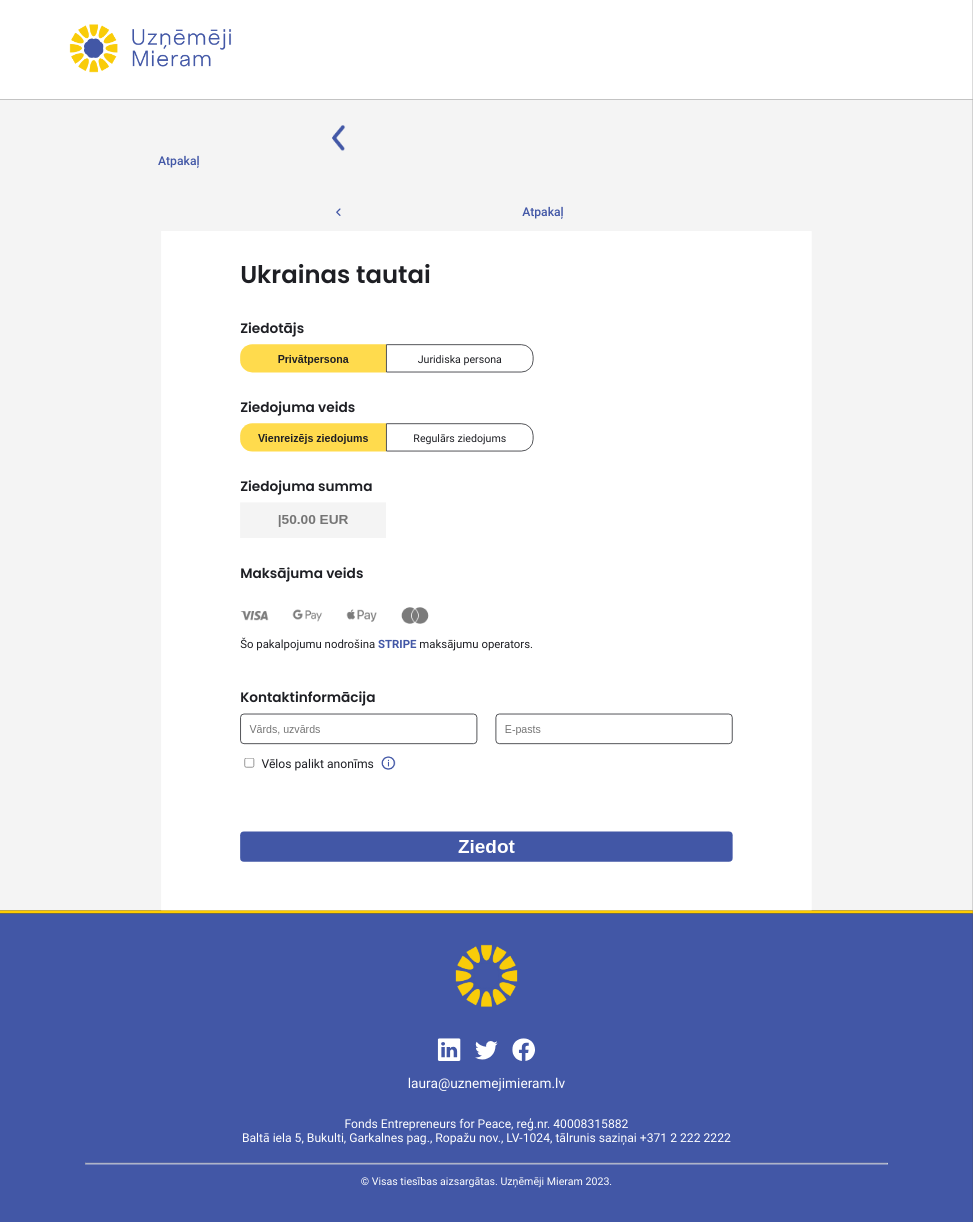
Repository: KatrinaPa/projekts_jul
Page: donate_Ukr-private-onetime.html
These files come from the project's save history. The page is drawn as it stood at one moment and after the next save; the edit follows.
The browser window is 1280 px wide. The pictures show the whole page, at 76% of full size.

Above is the page before, as saved 2023-07-21 11:24:49.
Console error: TypeError: Cannot read properties of null (reading 'addEventListener')

After the next save:
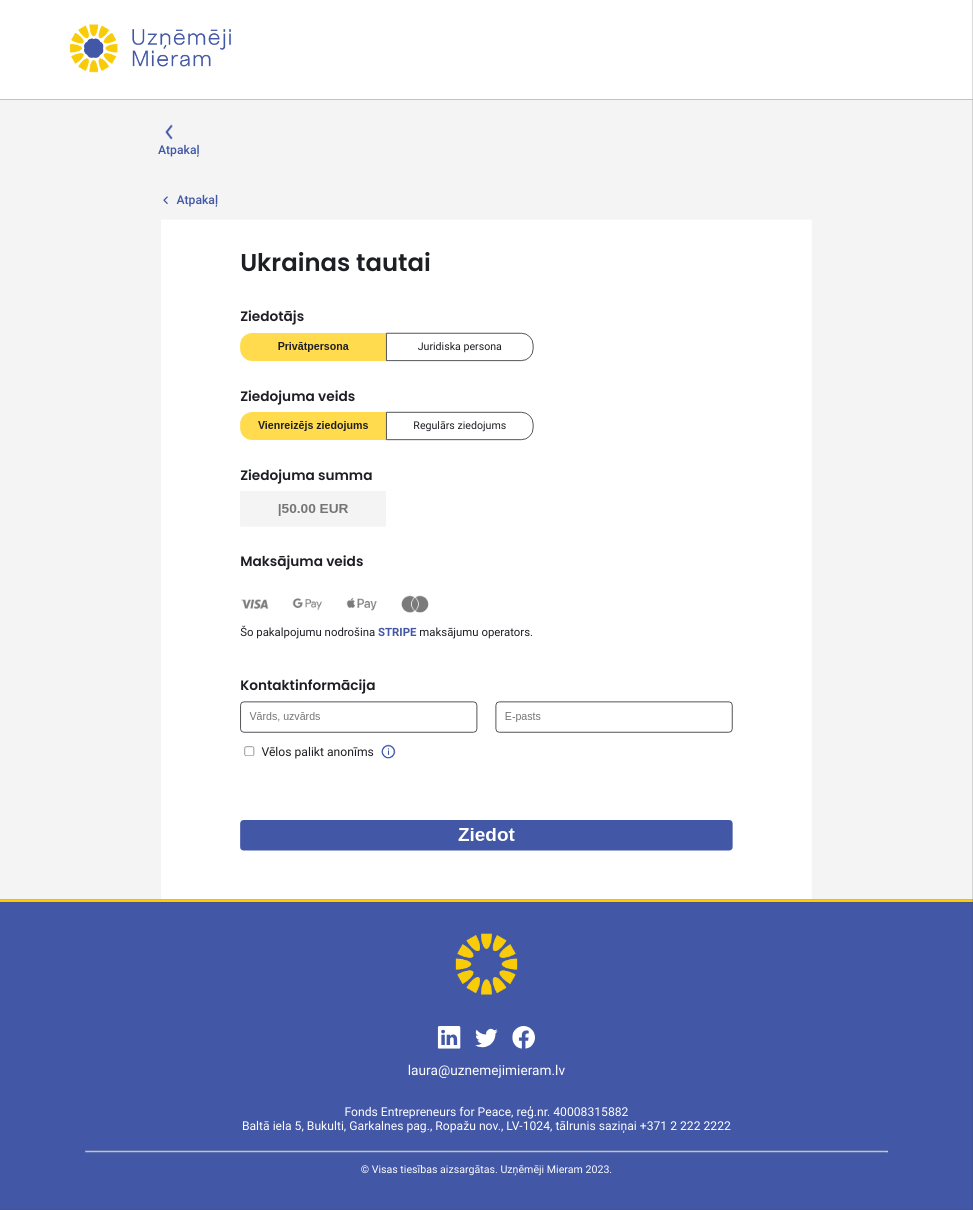
Saved 7 s later.
--- a/assets/donate-page.css
+++ b/assets/donate-page.css
@@ -32,7 +32,7 @@
     cursor: pointer;
 }
 
-.back-btn {
+.back-btn img {
     width: 55%;
 }
 
